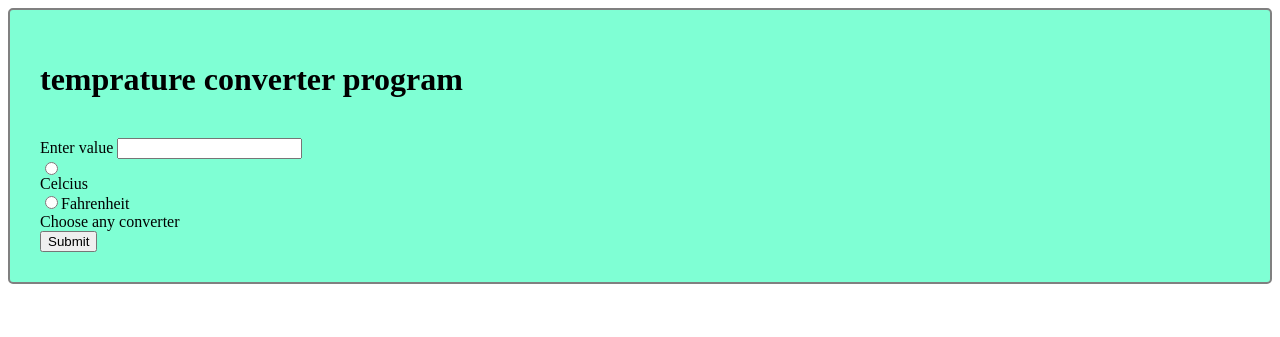
Repository: albinsabu2023/Stopwatch-program
Page: index.html
An editor plug-in stored every save of this project. The page is shown before and after the next save, followed by the edit.
The browser window is 1280 px wide. The pictures show the whole page.

Above is the page before, as saved 2023-03-02 23:09:03.

### index.html
<!DOCTYPE html>

<head>
    <meta charset="UTF-8">
    <meta http-equiv="X-UA-Compatible" content="IE=edge">
    <meta name="viewport" content="width=device-width, initial-scale=1.0">
    <link rel="stylesheet" href="style.css">
    <title>Document</title>
</head>
    <div class="c-1">


        <h1>temprature converter program</h1><br>
        <label>Enter value</label>
        <input type="text" id="text"></input><br>

        <input type="radio"  id="cel" name="temp">Celcius</input><br>
        <input type="radio" id="far" name ="temp">Fahrenheit</input><br>
        <label id="ans"> Choose any converter</label><br>
        <button type="submit" id ="submit">Submit</button>
    </div>
    <script src="index.js"></script>
</body>
</html>

### style.css
.c-1{
    padding: 30px;
    border: 2px solid gray;
    border-radius: 5px;
    background-color: aquamarine;
}
#cel{
    display: flex;
    flex-direction: column;
    align-items: center;
    justify-content: center;
}

### index.js
//SCOPE
/** let is limited to block
 *  var is referenced to a function
 * for(var i){
 * }
 * console.log(i) /// ERRROR!!!! cant acces
 *
 */

//locale and options
//  -----------------------
// let num = 1234.56;
// num = num.toLocaleString("en-us"); ///english usa
// console.log(num);
// num = num.toLocaleString("hi-In"); //hindi india
// console.log(num);
// num = num.toLocaleString("de-De"); //standard german
// console.log(num);
//  convert to currency
//  TO CURRENCY
//------------------

// let num = 12345.467;
// num = num.toLocaleString("en-US", { style: "currency", currency: "INR" });
// console.log(num);
//TO UNIT AND PERCENTAGE
//-----------------------------------
// num = num.toLocaleString("undefined", { style: "percentage", });
// num = num.toLocaleString("undefined", { style: "unit",,unit:"celcius" });

//NUMBER GUESSING PROGRAM
{
  /* <h1>Number Guessing Game</h1>
    <p>Pick a number between 1 to 10</p>
    <label>enter a guess</label>
    <input id="guess" type="text"></input>
    <input type="submit" id="submit"></input> */
}
// const ans = Math.floor(Math.random() * 10 + 1);
// let guess = 0;
// document.getElementById("submit").onclick = function () {
//   guess = document.getElementById("guess").value;
//   if (guess == ans) {
//     alert(`${ans} is the number it took ${guess} `);
//   } else if (guess < ans) {
//     console.log("too small");
//   } else if (guess > num) {
//     console.log("too big");
//   }
// };

//TEMPRATURE CONVERTER PROGRAM

document.getElementById("submit").onclick = function () {
  let temp;

  if (document.getElementById("cel").checked) {
    temp = document.getElementById("text").value;
    temp = Number(temp);
    let res = toCel(temp);
    document.getElementById("ans").innerHTML =
      " you enterd in celcius  is" + res;
  } else if (document.getElementById("far").checked) {
    temp = document.getElementById("text").value;
    temp = Number(temp);
    let res = toFar(temp);
    document.getElementById("ans").innerHTML =
      "you enterd in faranheit  is " + res;
  } else {
    document.getElementById("ans").innerHTML = "please choose one";
  }
};

function toCel(temp) {
  return (temp - 32) * (5 / 9);
}
function toFar(temp) {
  return (temp * 9) / 5 + 32;
}

After the next save:
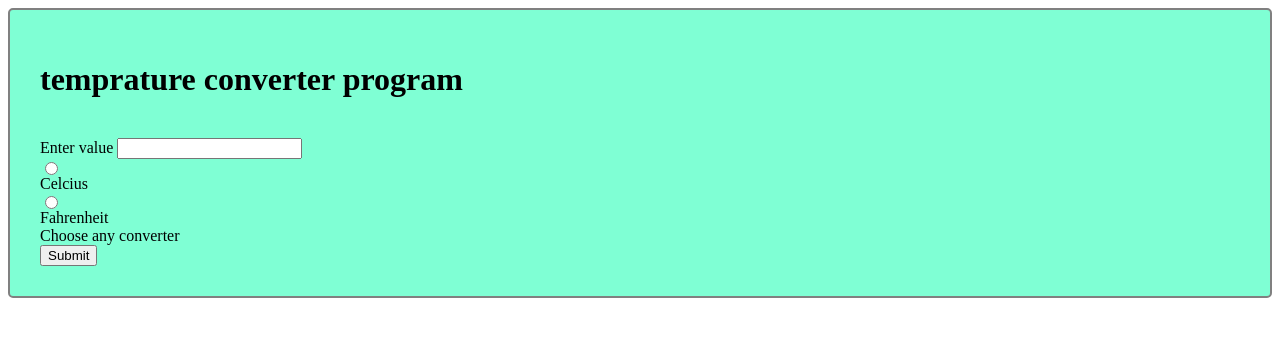
Saved 17 s later.
--- a/style.css
+++ b/style.css
@@ -4,7 +4,7 @@
     border-radius: 5px;
     background-color: aquamarine;
 }
-#cel{
+#cel,#far{
     display: flex;
     flex-direction: column;
     align-items: center;
